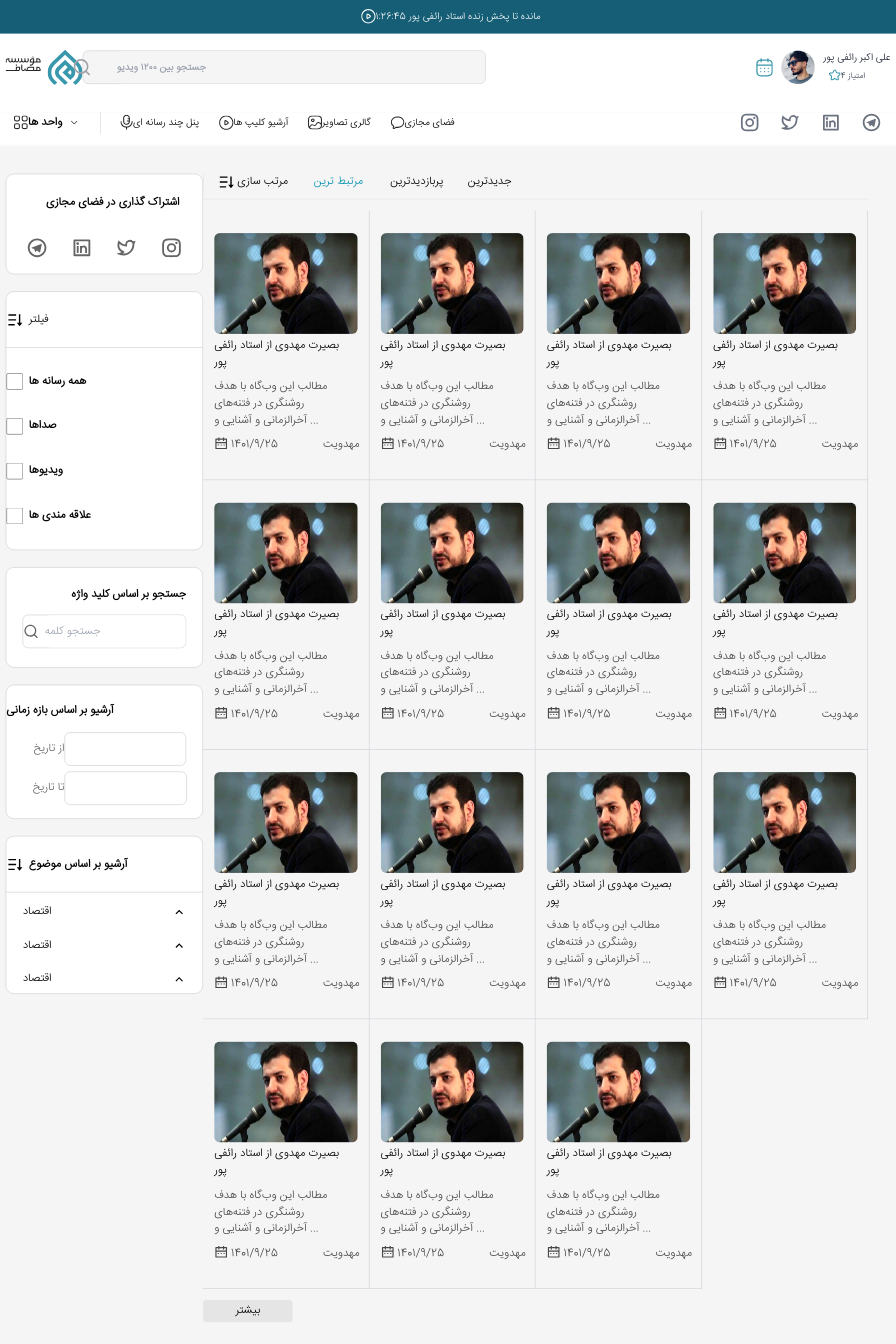
Repository: homan-tehrani/uiUserNative
Page: /multimedia
An editor plug-in stored every save of this project. The page is shown before and after the next save, followed by the edit.
The browser window is 1280 px wide. The pictures show the part of the page from y = 0 to 1920 px (the page is 3029 px tall before and 3037 px after), at 70% of full size.
The project was rebuilt for these pictures with package versions that can differ from the ones it lists, and the page was loaded fresh each time. The framework's server and built-in components were replaced by stand-ins that run in the browser. Also part of the build but not shown: next.config.js, src/components/MenuForUnits.js, src/components/AccordionForUnits.js, src/components/MenuResponsive.js.

Above is the page before, as saved 2023-04-25 02:24:02.

After the next save:
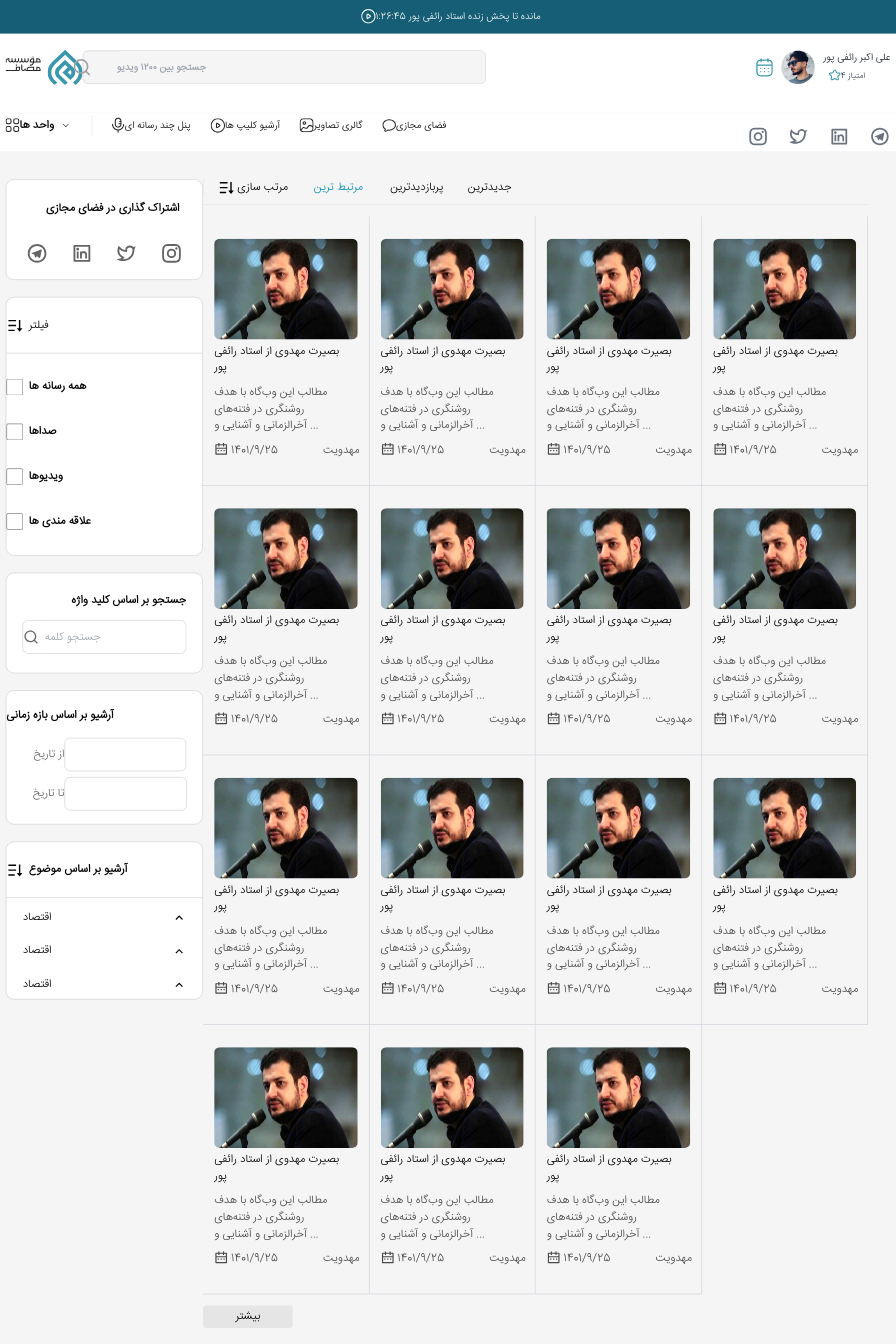
Saved 13 s later.
--- a/src/components/NavBar.js
+++ b/src/components/NavBar.js
@@ -9,7 +9,7 @@ export default function Navbar() {
   return (
     <>
 
-      <div className="hidden lg:flex container px-2 h-8 mx-auto  flex-row-reverse justify-between items center  px-5 ">
+      <div className="hidden lg:flex container px-2 h-8 mx-auto  flex-row-reverse justify-between items center py-5 ">
         <ul className="flex gap-7">
           <li>
             <Link href="#" className="text-gray-500">
